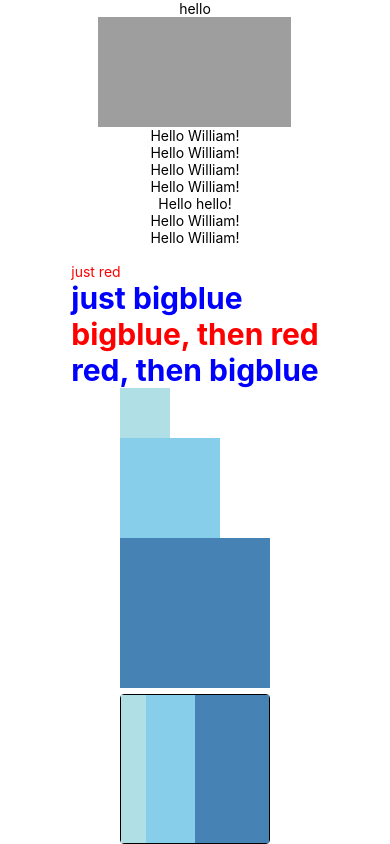
Repository: wcc17/project-adara
Screen: / (app in ProjectAdara/)
The author's editor kept a copy of each file at every save. The screen is drawn from the files as they stood at one save, then again after the next save.
Pictures or frames that could not be fetched are drawn as grey boxes. The app was drawn by React Native's web renderer in a window 390 px wide. The project was rebuilt for these pictures with package versions that can differ from the ones it lists, and the page was loaded fresh each time.

Above is the screen before, as saved 2018-05-27 13:34:13.

### ProjectAdara/App.js
import React, { Component } from 'react';
import { StyleSheet, Text, ScrollView, View, Image, SafeAreaView } from 'react-native';
import FlexDimensionsBasicsComponent from './src/components/FlexDimensionsBasicsComponent'

export default class App extends React.Component {
    render() {
        return (
            <SafeAreaView style={{flex: 1, backgroundColor: '#ffff'}}>
                <ScrollView contentContainerStyle={styles.container}>
                    <BasicStuffComponent/>
                    <FlexDimensionsBasicsComponent
                        style={flexDimensionStyleSheet.flexDimensionComponentStyle}/>
                </ScrollView>
            </SafeAreaView>
        );
    }
}

class BasicStuffComponent extends Component {
    render() {
        let image = {
            uri: 'https://upload.wikimedia.org/wikipedia/commons/d/de/Bananavarieties.jpg'
        };

        return (
            <View style={styles.container}>
                <Text>hello</Text>
                <Image source={image} style={{ width: 193, height: 110 }} />
                <DumbGreetingComponent name='William' />
                <DumbGreetingComponent name='William' />
                <DumbGreetingComponent name='William' />
                <DumbGreetingComponent name='William' />
                <DumbGreetingComponent name='hello' />
                <DumbGreetingComponent name='William' />
                <DumbGreetingComponent name='William' />
                <Blink text="this is blinking text" />
                <StyledComponent/>
                <FixedDimensionsComponent/>
            </View>
        )
    }
}

class DumbGreetingComponent extends Component {
    render() {
        return (
            <Text>Hello {this.props.name}!</Text>
        );
    }
}

class Blink extends Component {
    constructor(props) {
        super(props);
        this.state = { isShowingText: true };

        // Toggle the state every second
        setInterval(() => {
            this.setState(previousState => {
                return { isShowingText: !previousState.isShowingText };
            });
        }, 1000);
    }

    render() {
        let display = this.state.isShowingText ? this.props.text : ' ';
        return (
            <Text>{display}</Text>
        );
    }
}

class StyledComponent extends Component {
    render() {
        return (
        <View>
            <Text style={styles.red}>just red</Text>
            <Text style={styles.bigblue}>just bigblue</Text>
            <Text style={[styles.bigblue, styles.red]}>bigblue, then red</Text>
            <Text style={[styles.red, styles.bigblue]}>red, then bigblue</Text>
        </View>
        );
    }
}

class FixedDimensionsComponent extends Component {
    render() {
        return (
            <View>
                <View style={{width: 50, height: 50, backgroundColor: 'powderblue'}}/>
                <View style={{width: 100, height: 100, backgroundColor: 'skyblue'}}/>
                <View style={fixedDimensionStyleSheet.steelBlueView}/>
            </View>
        )
    }
}



const styles = StyleSheet.create({
    container: {
        flex: 1,
        backgroundColor: '#fff',
        alignItems: 'center',
        // justifyContent: 'center',
    },
    bigblue: {
        color: 'blue',
        fontWeight: 'bold',
        fontSize: 30,
    },
    red: {
        color: 'red',
    },
});

const fixedDimensionStyleSheet = StyleSheet.create({
    steelBlueView: {
        width: 150,
        height: 150,
        backgroundColor: 'steelblue'
    },
});

const flexDimensionStyleSheet = StyleSheet.create({
    flexDimensionComponentStyle: {
        width: 150,
        height: 150,

        borderRadius: 4,
        borderWidth: 1.5,
        borderColor: 'black',

        //column is default it looks like
        flexDirection: 'row'
    },
});

### ProjectAdara/src/components/FlexDimensionsBasicsComponent.js
import React, { Component } from 'react';
import { View } from 'react-native';

export default class FlexDimensionsBasicsComponent extends Component {
    render() {
        return (
            //a height and width should be passed in with style prop
            // <View style={{flex: 1}}>
            <View style={this.props.style}>
                <View style={{flex: 1, backgroundColor: 'powderblue'}} />
                <View style={{flex: 2, backgroundColor: 'skyblue'}} />
                <View style={{flex: 3, backgroundColor: 'steelblue'}} />
            </View>
        );
    }
}

After the next save:
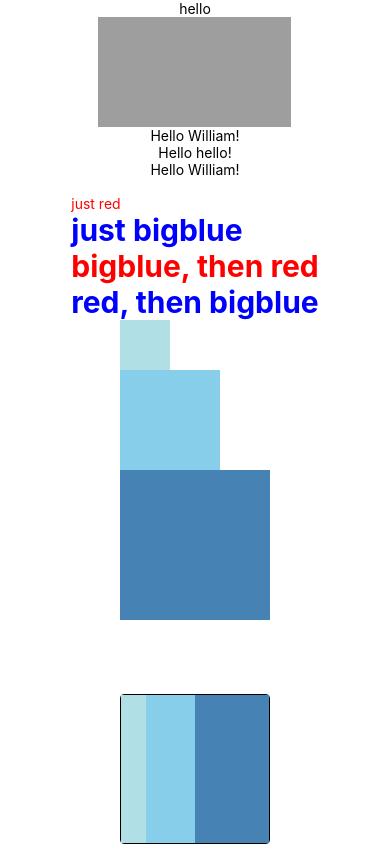
Saved 90 s later.
--- a/ProjectAdara/App.js
+++ b/ProjectAdara/App.js
@@ -27,11 +27,7 @@ class BasicStuffComponent extends Component {
                 <Text>hello</Text>
                 <Image source={image} style={{ width: 193, height: 110 }} />
                 <DumbGreetingComponent name='William' />
-                <DumbGreetingComponent name='William' />
-                <DumbGreetingComponent name='William' />
-                <DumbGreetingComponent name='William' />
                 <DumbGreetingComponent name='hello' />
-                <DumbGreetingComponent name='William' />
                 <DumbGreetingComponent name='William' />
                 <Blink text="this is blinking text" />
                 <StyledComponent/>
@@ -133,5 +129,6 @@ const flexDimensionStyleSheet = StyleSheet.create({
 
         //column is default it looks like
         flexDirection: 'row'
+
     },
 });
